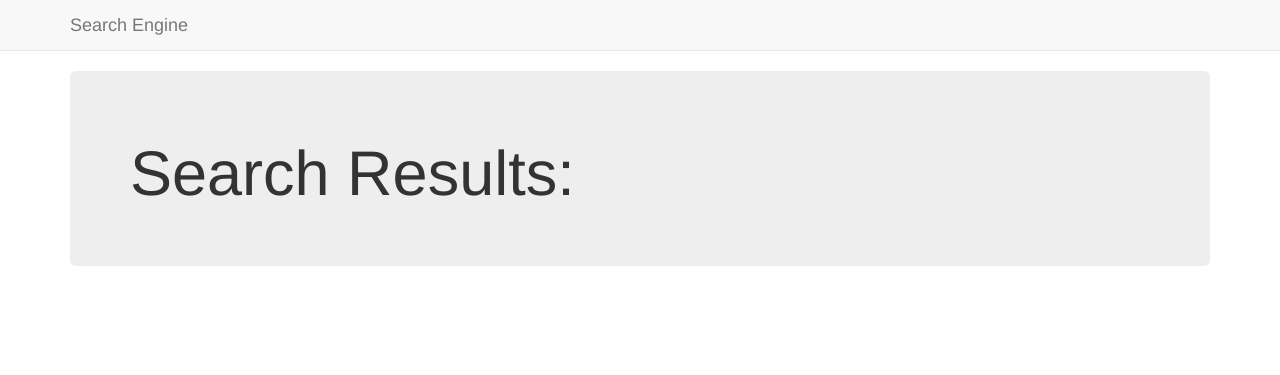
Repository: fallingcoconut/CS121
Page: http://localhost/Webserver/Results.jsp
The author's editor kept a copy of each file at every save. The page is drawn from the files as they stood at one save, then again after the next save.
The browser window is 1280 px wide. The pictures show the whole page.
The page is served by Tomcat 9. Nobody is signed in. The application's start-up code is not run.

Above is the page before, as saved 2015-06-08 02:50:40.

After the next save:
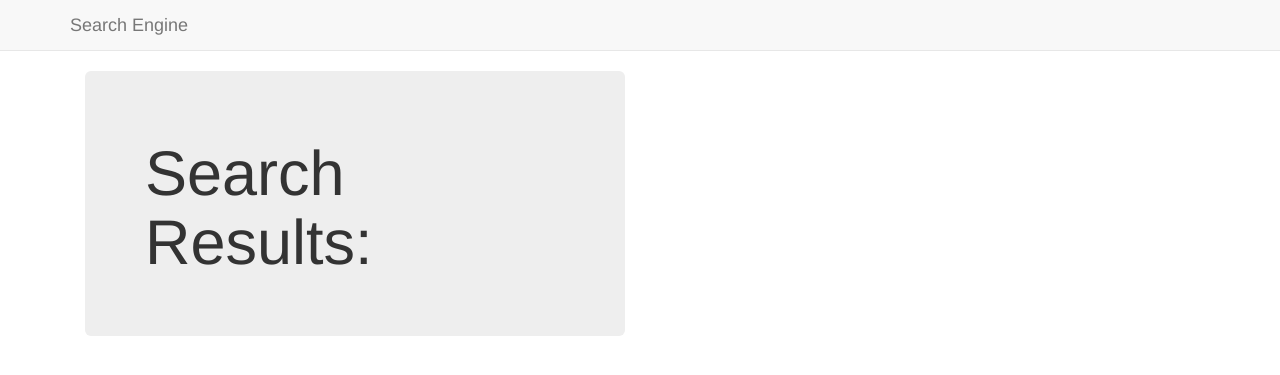
Saved 7 s later.
--- a/Webserver/WebContent/Results.jsp
+++ b/Webserver/WebContent/Results.jsp
@@ -29,6 +29,7 @@
 
 	<!-- input box -->
 	<div class="col-lg-6">
+		<div class="input-group">
 
 	</div>
 
